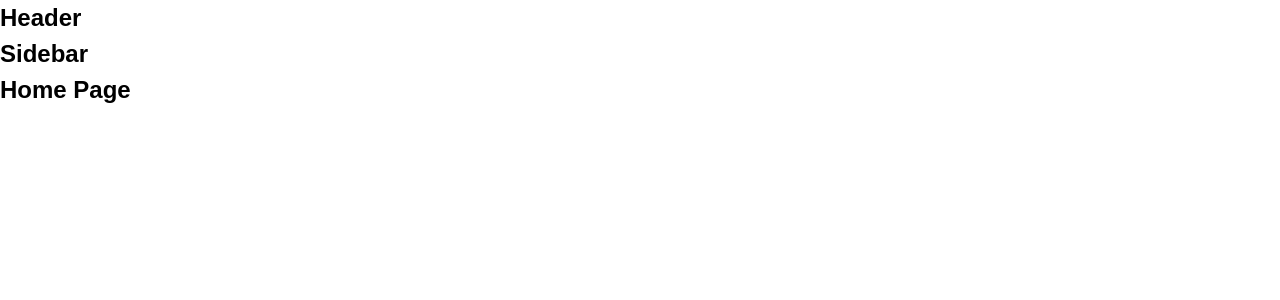
Repository: KimLong98/reactjs-TikTok-
Page: / (app in tiktok-ui/)
An editor plug-in stored every save of this project. The page is shown before and after the next save, followed by the edit.
The browser window is 1280 px wide. The pictures show the whole page.
Some web fonts or font styles are not loaded; a fallback is used. The project was rebuilt for these pictures with package versions that can differ from the ones it lists, and the page was loaded fresh each time. Also part of the build but not shown: tiktok-ui/src/components/Layout/HeaderOnly/index.js, tiktok-ui/src/pages/Following/index.js, tiktok-ui/src/pages/Profile/index.js, tiktok-ui/src/pages/Upload/index.js.

Above is the page before, as saved 2022-09-09 21:08:38.

After the next save:
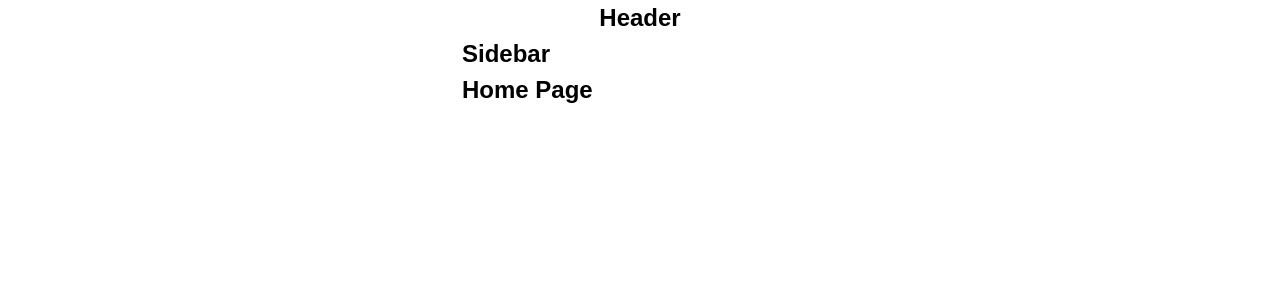
Saved 12 s later.
--- a/tiktok-ui/src/components/Layout/DefaultLayout/index.js
+++ b/tiktok-ui/src/components/Layout/DefaultLayout/index.js
@@ -7,7 +7,7 @@
 
 function DefaultLayout({ children }) {
     return (
-        <div>
+        <div className={cx('wrapper')}>
             <Header />
             <div className="container">
                 <Sidebar />
